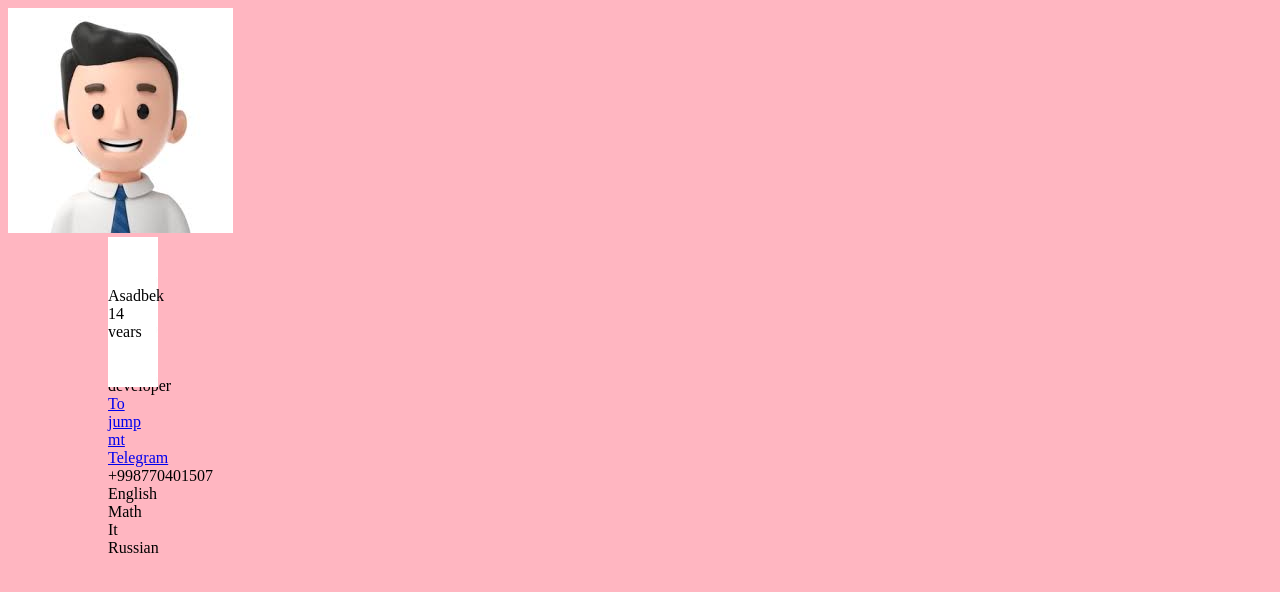
Repository: KHANas02/live-stream
Page: contact.html
The author's editor kept a copy of each file at every save. The page is drawn from the files as they stood at one save, then again after a run of saves.
The browser window is 1280 px wide. The pictures show the whole page.

Above is the page before, as saved 2024-03-25 07:20:07.

### contact.html
<!DOCTYPE html>
<html lang="en">
<head>
    <meta charset="UTF-8">
    <meta name="viewport" content="width=device-width, initial-scale=1.0">
    <title>Contact with us</title>
    <link rel="stylesheet" href="./index.html">
</head>
<style>
    body{
        background-color: lightpink;
    }
    .text{
        background-image:url(data:[embedded picture, 5823 characters]);
       /* border-top-left-radius:20px;
       border-top-right-radius:60px;
       border-bottom-left-radius:80px;
       border-bottom-right-radius:40px; */
       background-repeat:no-repeat;
       width: 50px;
       height: 50px;
       position: relative;
        left: 100px;
    }

    </style>
<body>
    <div class="container">
  <div class="contact-card">
    <div class="avatar"><img src="data:[embedded picture, 5823 characters]" alt=""></div>
    <div class="text"></div>
  </div>
  <div class="text">Asadbek <br>
14 years old <br>
Web developer <br>
<a href=" https://t.me/wzb_02">To jump mt Telegram</a> <br>
+998770401507 <br>
English <br>
Math <br>
It <br>
Russian <br>

    </div>


</div>
  <div class="contact-card">
    <div class="avatar"></div>
    <div class="text"></div>
  </div>
  <div id="magnifying-glass">
    <div id="glass"></div>
    <div id="handle">
       </div>
</body>
</html>

### index.html
<!DOCTYPE html>
<html lang="en">
  <head>
    <meta charset="UTF-8" />
    <head name="viewport" content="width=device-width, initial-scale=1.0">
      <title>Englify Live_stream</title>
      <link rel="stylesheet" href="./style.css" />
    </head>
    <style>
      .div1Img {
        font-size: 70px;
        font-family: serif;
        font-weight: 100;
        color: rgb(255, 0, 157);
        position: relative;
        left: 25px;
        top: 70px;
      }
      .div2 {
        font-size: 70px;
        font-family: serif;
        font-weight: 100;
        color: rgb(255, 0, 157);
        position: relative;
        left: 25px;
        top: 70px;
      }
      .div3 {
        font-size: 70px;
        font-family: serif;
        font-weight: 100;
        color: rgb(255, 0, 157);
        position: relative;
        left: 25px;
        top: 450px;
      }
    </style>
    <html>
      <body>
        <div class="div1">
          <div class="div1Img">JOIN TO OUR LIVE STREAM</div>
        </div>
        <div class="div2">
          Todat at 21:00 <br />
          Only with coffee
        </div>
        <div class="div3">
          Our on the telegram
          <br />
          @englify_asp <br />
          And join to us
        </div>
        <div class="hamburger-menu">
          <input id="menu__toggle" type="checkbox" />
          <label class="menu__btn" for="menu__toggle">
            <span></span>
          </label>

          <ul class="menu__box">
            <li><a class="menu__item" href="index.html">Главная</a></li>
            <li>
              <a class="menu__item" href="speaking.html"
                >Speaking полезная функция</a
              >
            </li>
            <li><a class="menu__item" href="group.html">участники прямой трансляции</a></li>
            <li><a class="menu__item" href="#">Блог</a></li>
            <li><a class="menu__item" href="contact.html">Контакты</a></li>
          </ul>
        </div>
      </body>
    </html>
  </head>
</html>

After the next 2 saves:
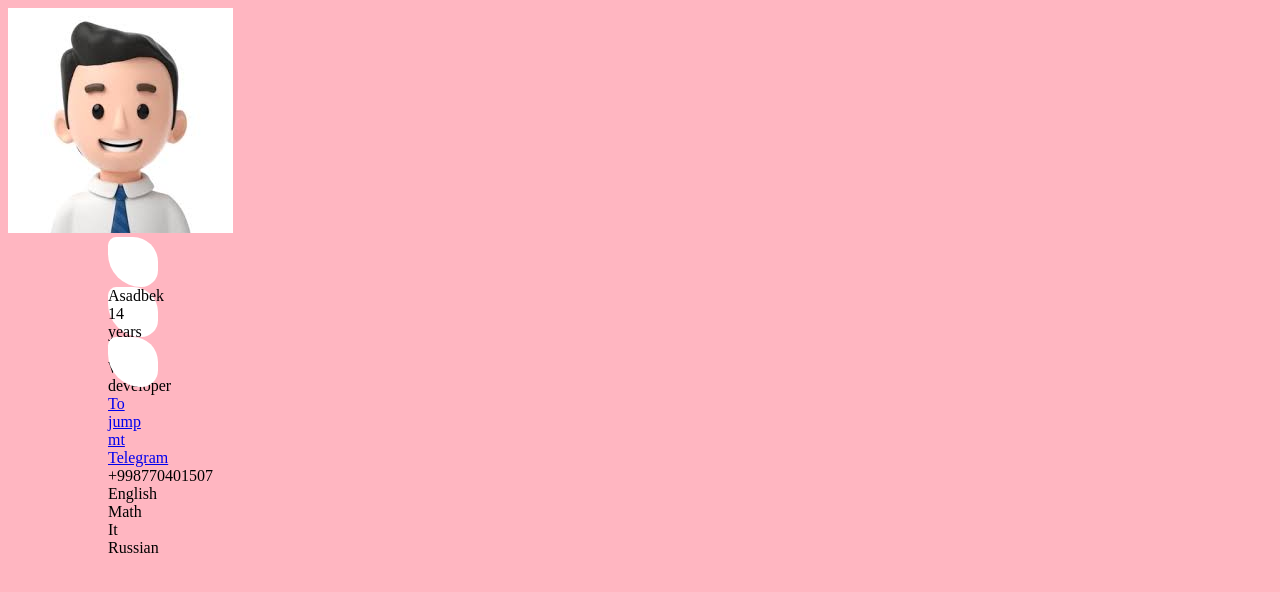
The 2 saves are shown as one change because they came seconds apart.
The last was saved 15 min 4 s later.
--- a/contact.html
+++ b/contact.html
@@ -12,10 +12,10 @@
     }
     .text{
         background-image:url(data:[embedded picture, 5823 characters]);
-       /* border-top-left-radius:20px;
+       border-top-left-radius:20px;
        border-top-right-radius:60px;
        border-bottom-left-radius:80px;
-       border-bottom-right-radius:40px; */
+       border-bottom-right-radius:40px;
        background-repeat:no-repeat;
        width: 50px;
        height: 50px;
